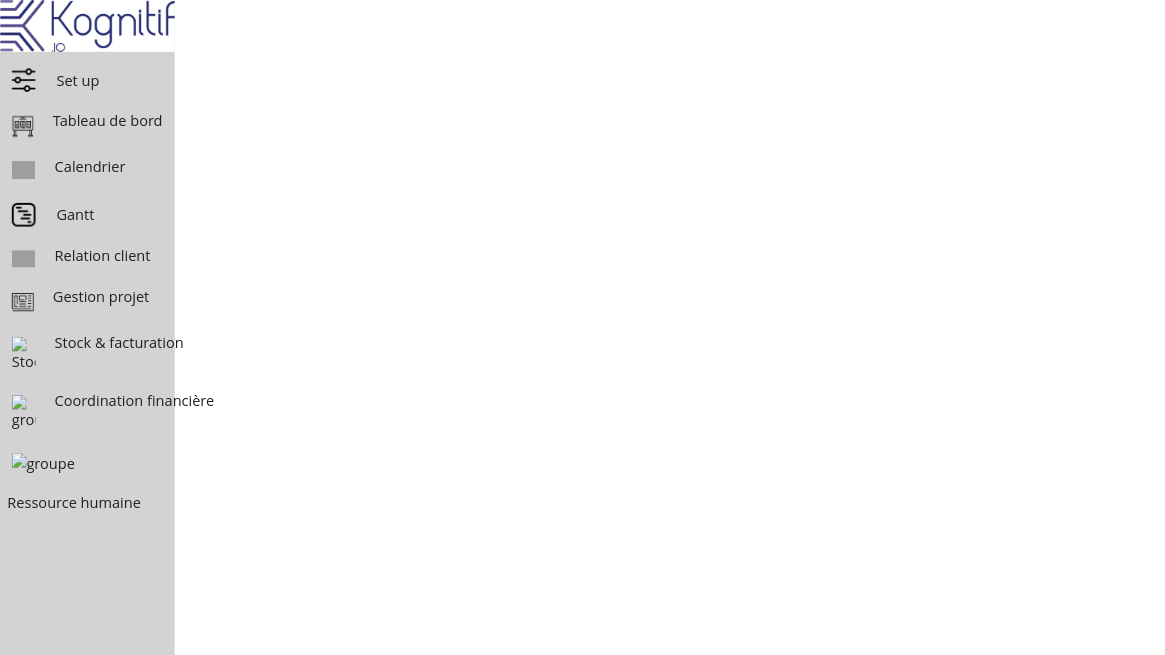
Repository: Cordelia013/testKognitifs
Page: index.html
An editor plug-in stored every save of this project. The page is shown before and after the next save, followed by the edit.
The browser window is 1280 px wide. The pictures show the whole page, at 91% of full size.
Pictures or frames that could not be fetched are drawn as grey boxes.

Above is the page before, as saved 2021-08-05 22:15:35.

After the next save:
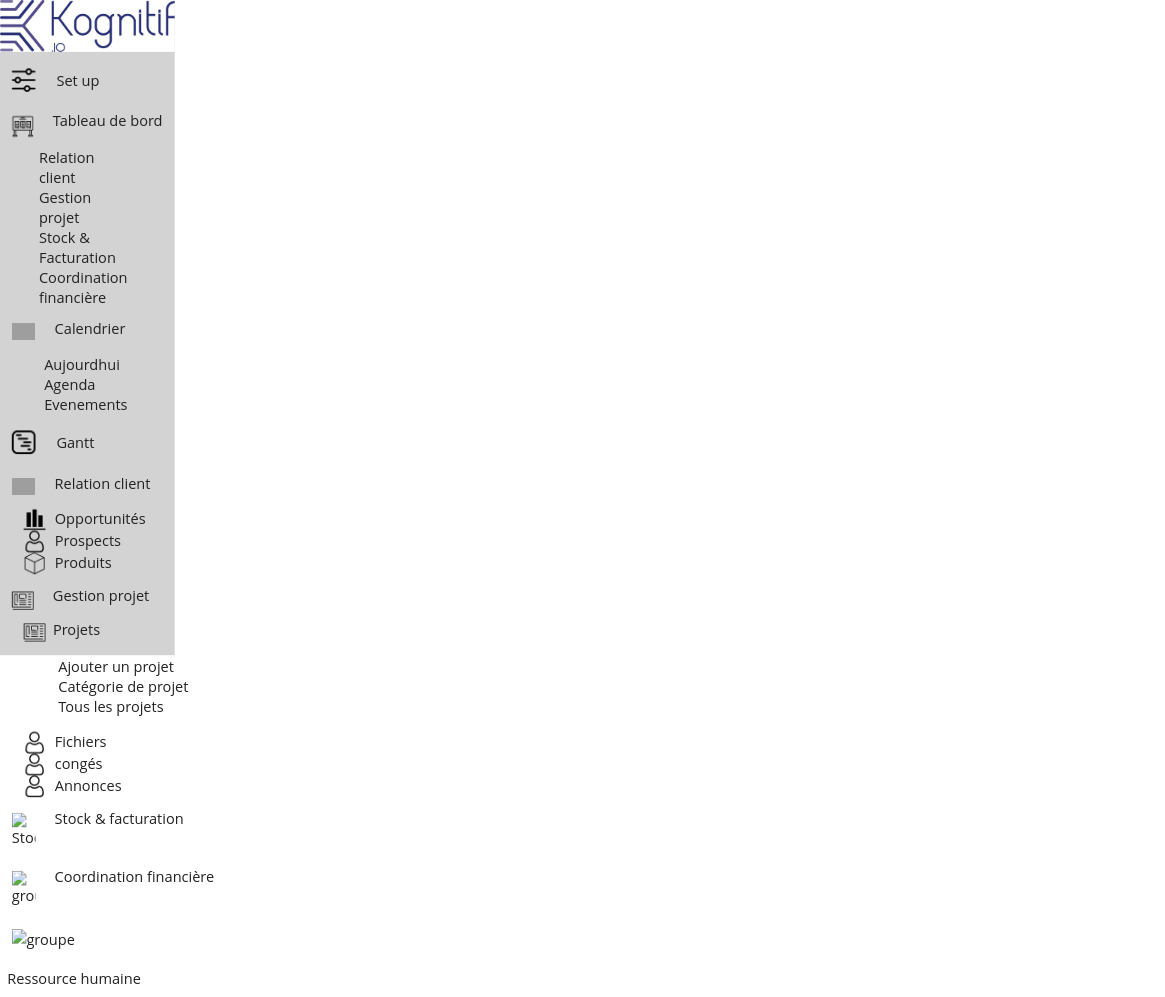
Saved 5 s later.
--- a/styles/main.css
+++ b/styles/main.css
@@ -103,7 +103,7 @@
     display: flex;
    }
 
-.navBoard:hover .menuBoard {
+.navBoard .menuBoard {
     display: flex;
     flex-direction: column;
     padding-bottom:20px;
